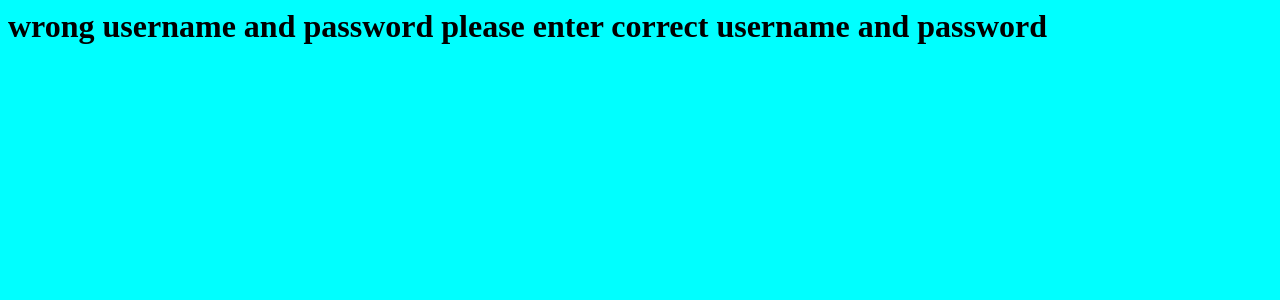
Repository: pitambar-smartek/Struts1.3_program
Page: http://localhost/usingmyeclipseloginapplication/welcome.jsp
The author's editor kept a copy of each file at every save. The page is drawn from the files as they stood at one save, then again after the next save.
The browser window is 1280 px wide. The pictures show the whole page.
The page is served by Tomcat 9.

Above is the page before, as saved 2012-02-16 06:00:12.

### MyEclipse/usingmyeclipseloginapplication/WebRoot/welcome.jsp
<html>
  <body bgcolor="cyan">
          <h1>wrong username and password please enter correct username and password</h1>
		  </body>
		  </html>

After the next save:
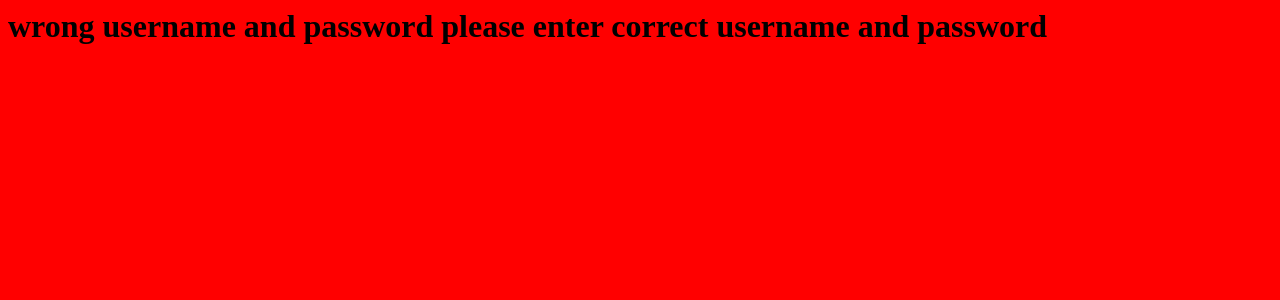
Saved 111 s later.
--- a/MyEclipse/usingmyeclipseloginapplication/WebRoot/welcome.jsp
+++ b/MyEclipse/usingmyeclipseloginapplication/WebRoot/welcome.jsp
@@ -1,5 +1,6 @@
 <html>
-  <body bgcolor="cyan">
+  <body bgcolor="red">
+  <font color="black">
           <h1>wrong username and password please enter correct username and password</h1>
 		  </body>
 		  </html>
